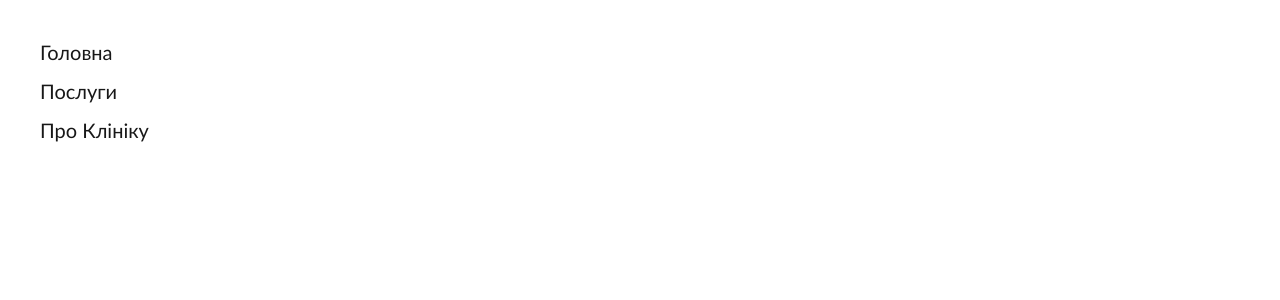
Repository: TarasDutchak/dental-clinic
Page: sitemap.html
The author's editor kept a copy of each file at every save. The page is drawn from the files as they stood at one save, then again after the next save.
The browser window is 1280 px wide. The pictures show the whole page.

Above is the page before, as saved 2024-12-30 08:50:22.

After the next save:
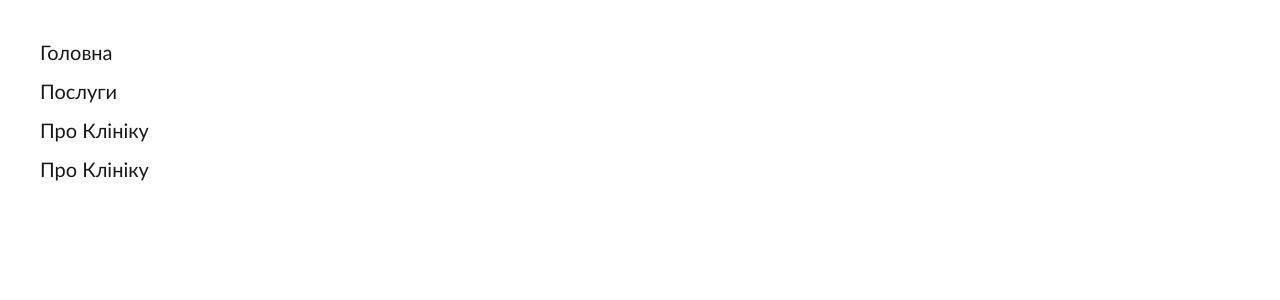
Saved 22 h 39 min later.
--- a/sitemap.html
+++ b/sitemap.html
@@ -21,6 +21,8 @@
             <li><a href="index.html" target="_blank">Головна</a></li>
             <li><a href="services.html" target="_blank">Послуги</a></li>
             <li><a href="about.html" target="_blank">Про Клініку</a></li>
+            <li><a href="pediatric-dentistry.html" target="_blank">Про Клініку</a></li>
+
         </ul>
     </div>
 
